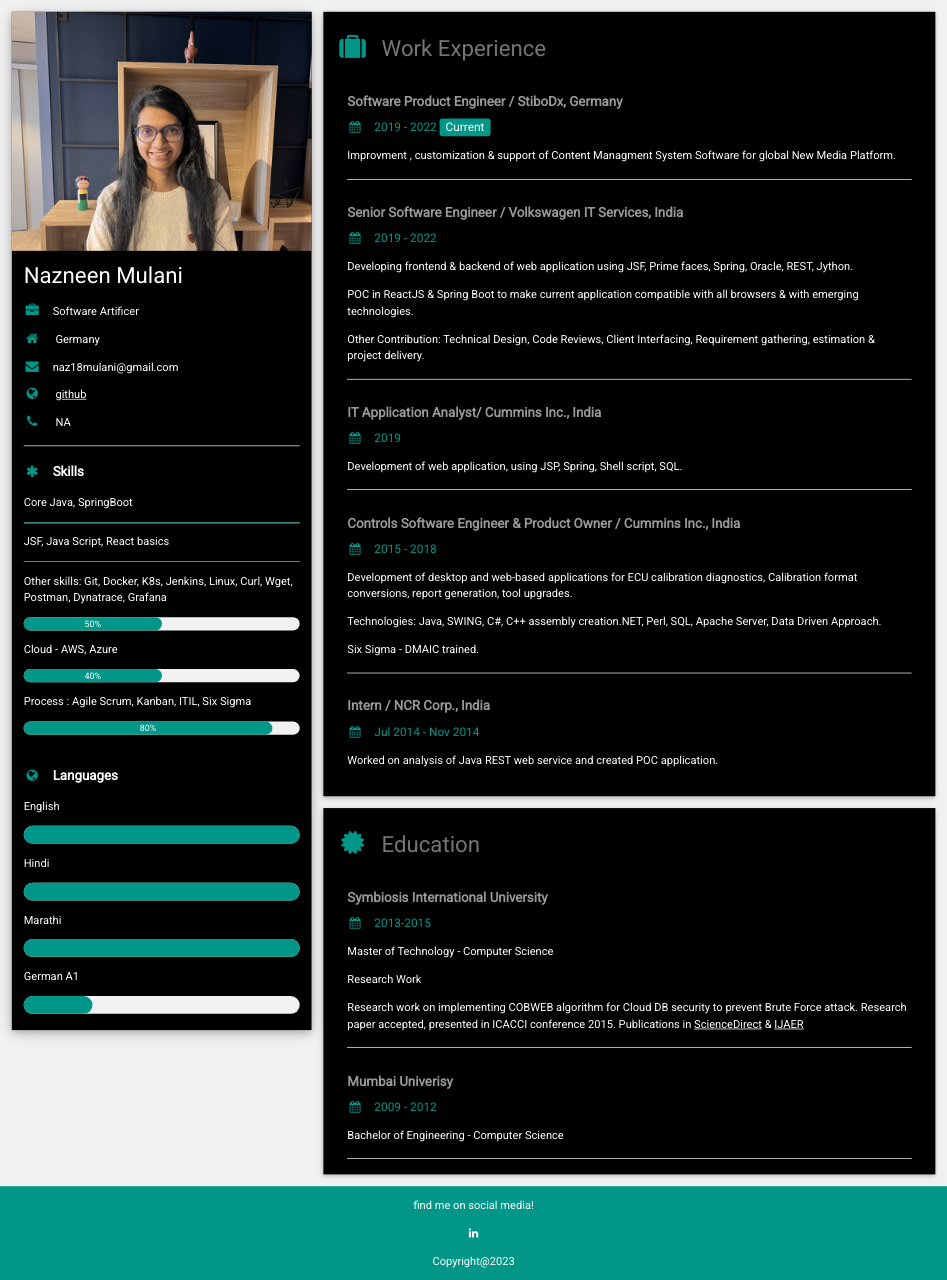
Repository: nazneenprojects/nazneen.github.io
Page: index.html
An editor plug-in stored every save of this project. The page is shown before and after the next save, followed by the edit.
The browser window is 1280 px wide. The pictures show the whole page, at 74% of full size.

Above is the page before, as saved 2023-07-09 11:39:47.

After the next save:
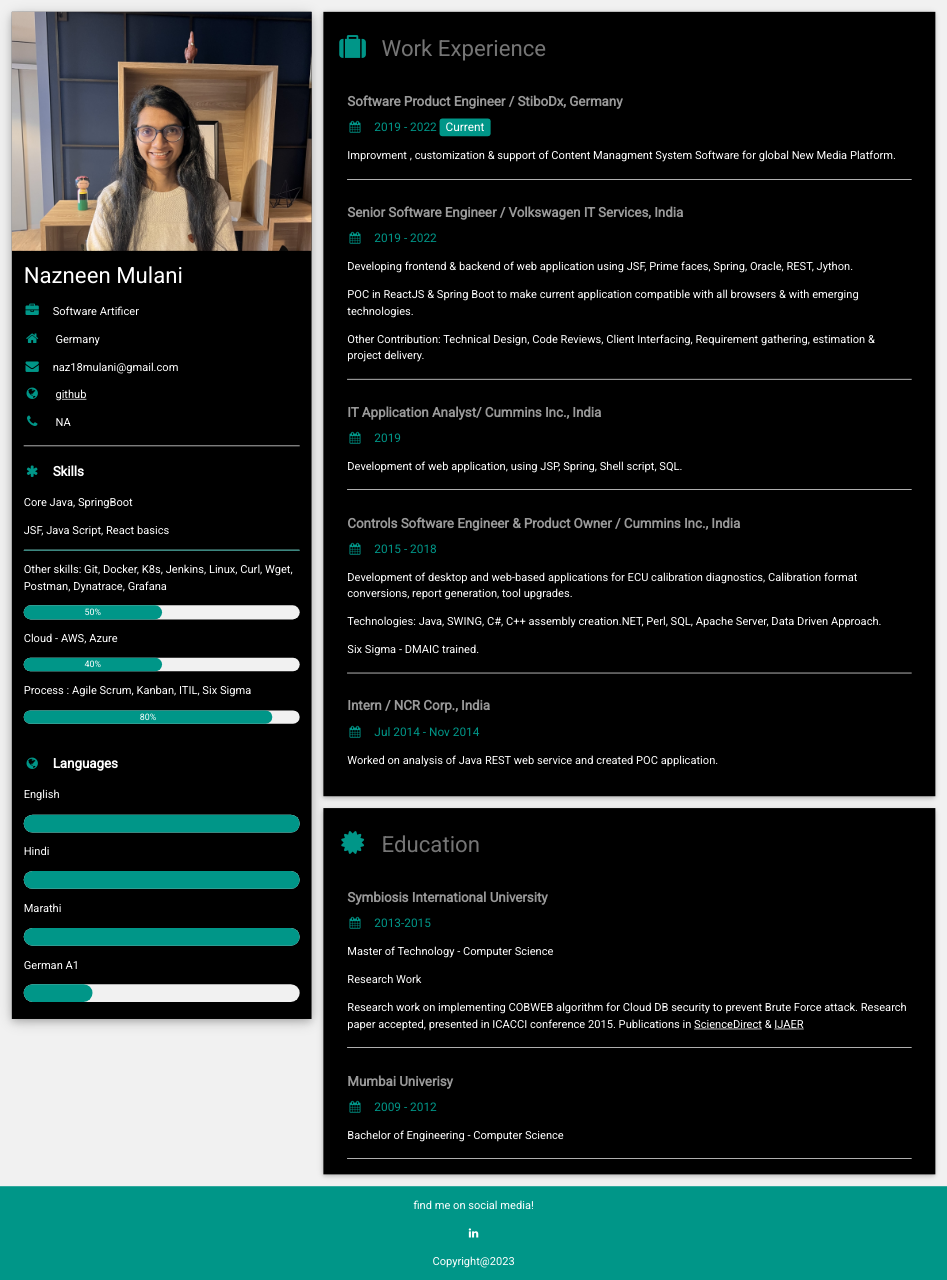
Saved 11 s later.
--- a/index.html
+++ b/index.html
@@ -39,9 +39,7 @@
 
           <p class="w3-large"><b><i class="fa fa-asterisk fa-fw w3-margin-right w3-text-teal"></i>Skills</b></p>
           <p>Core Java, SpringBoot</p>
-          <div class="w3-light-grey w3-round-xlarge w3-small">
-            <div class="w3-container w3-center w3-round-xlarge w3-teal" style="width:100%">
-            </div>
+          <div class="w3-light-grey w3-square-xlarge w3-small">
           </div>
           <p>JSF, Java Script, React basics</p>
           <div class="w3-light-grey w3-round-xlarge w3-small">
